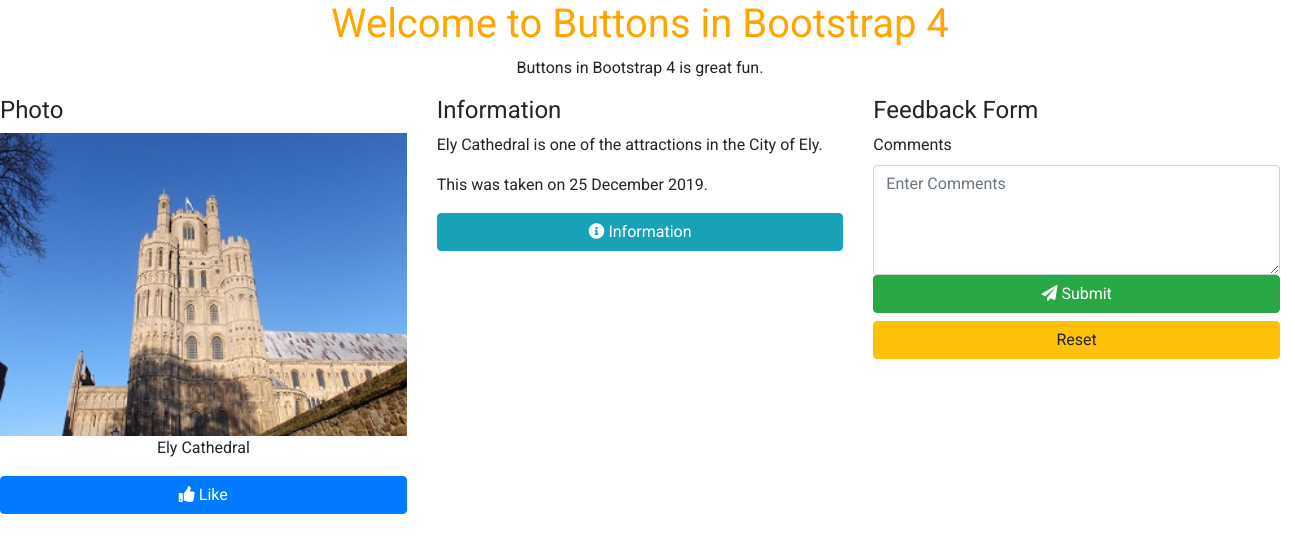
Repository: derektypist/buttons-in-bootstrap-4
Page: index.html
The author's editor kept a record of every edit. The page is drawn from the files as they stood at one moment, then again after the next edit.
The browser window is 1280 px wide. The page is 1295 px wide, so the pictures cover 1295 px, including what lies to the right of the window. The pictures show the whole page.
Some web libraries are served in a nearby version.

Above is the page before.

After the next edit:
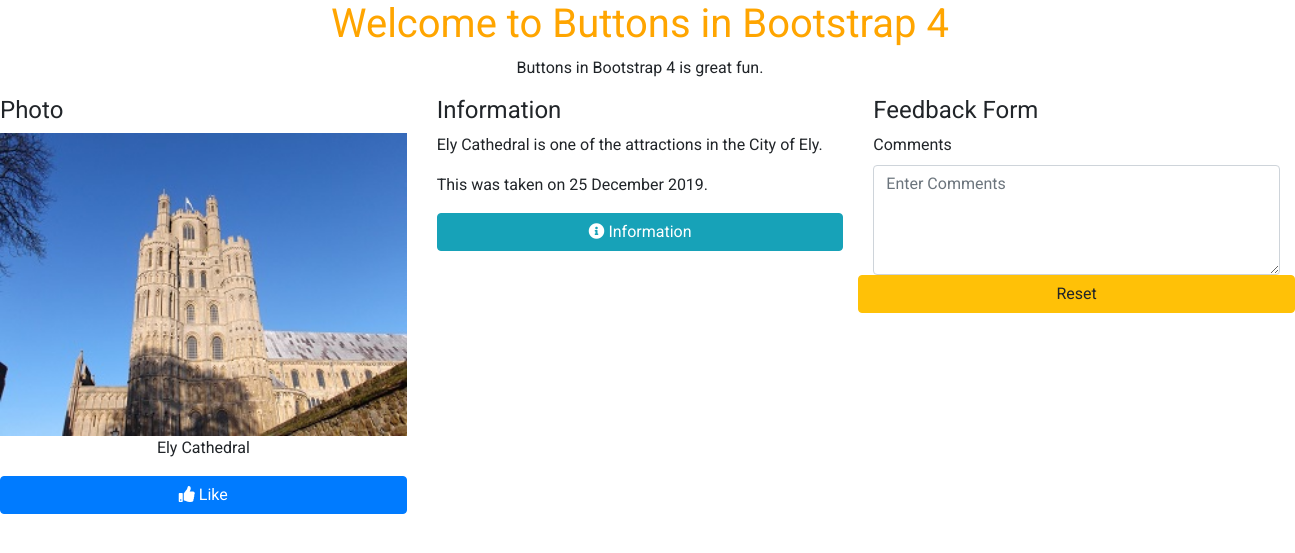
The edit:
--- a/index.html
+++ b/index.html
@@ -53,8 +53,14 @@
                 <form>
                     <label for="comments">Comments</label>
                     <textarea class="form-control" placeholder="Enter Comments" rows="4" id="comments"></textarea>
-                    <button type="submit" value="Submit" class="btn btn-success btn-block" onclick="acknowledge()"><i class="fa fa-paper-plane"></i> Submit</button>
+                    <article class="row">
+                        <article class="col-sm-2">
+
+                        </article>
+
                     <button type="reset" value="Reset" class="btn btn-warning btn-block">Reset</button>
+                    </article>
+
                 </form>
 
                 <!-- Display Acknowledgement -->
